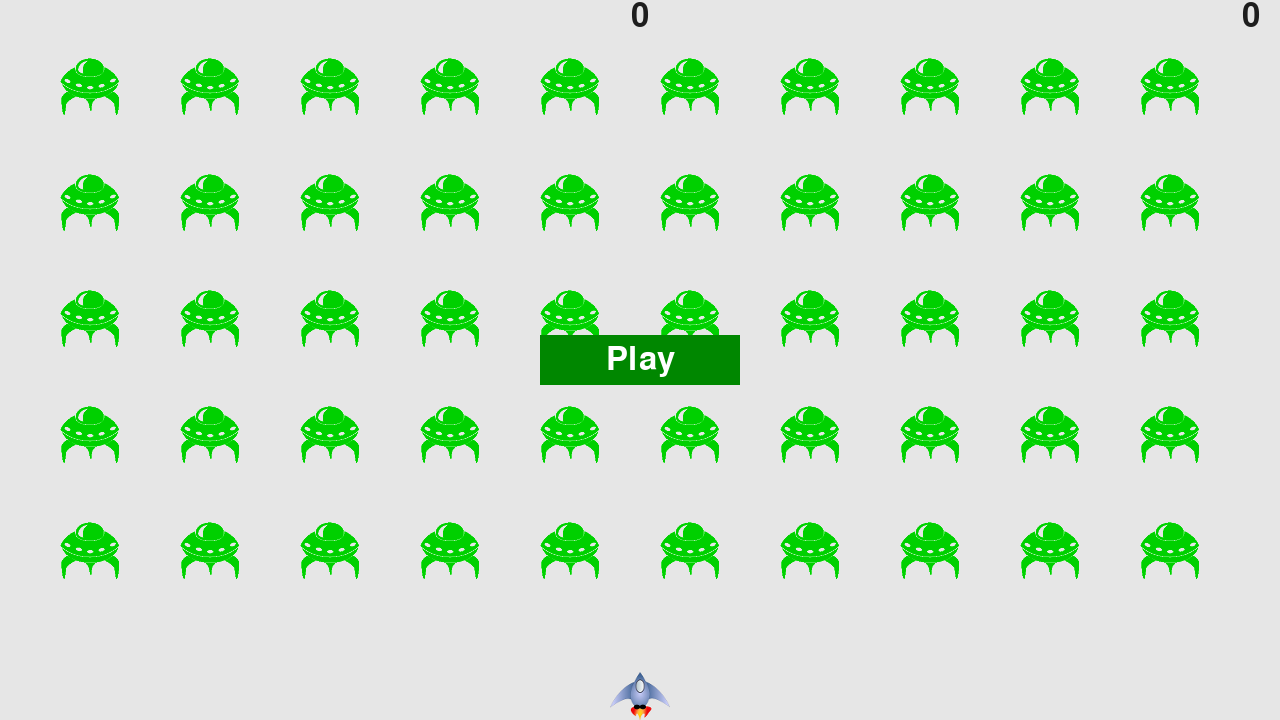
Repository: Lithium87/alien_invasion
Script's output: python alien_invasion.py
An editor plug-in stored every save of this project. The script's output is shown before and after the next save, followed by the edit.
The window is shown after at most 60 frames with no key pressed. Random numbers start from a fixed seed. It also reads images/alien.bmp, images/ship.bmp.

Above is the script's output before, as saved 2023-03-17 21:30:40.

### alien_invasion.py
from mimetypes import init
import sys
from time import sleep

import pygame

from settings import Settings
from game_stats import GameStats
from scoreboard import Scoreboard
from button import Button
from ship import Ship
from bullet import Bullet
from alien import Alien


class AlienInvasion:
    """Overall class to manage game assets and behavior."""

    def __init__(self):
        """Initialize the game, and create game resources."""
        pygame.init()
        self.clock = pygame.time.Clock()
        self.settings = Settings()

        self.screen = pygame.display.set_mode((0, 0), pygame.FULLSCREEN)
        self.settings.screen_width = self.screen.get_rect().width
        self.settings.screen_height = self.screen.get_rect().height
        pygame.display.set_caption("Alien Invasion")

        # Create an instance to store game statistics, and create a scoreboard.
        self.stats = GameStats(self)
        self.sb = Scoreboard(self)

        self.ship = Ship(self)
        self.bullets = pygame.sprite.Group()
        self.aliens = pygame.sprite.Group()

        self._create_fleet()

        # Start Alien Invasion in an inactive state.
        self.game_active = False

        # Make the play button.
        self.play_button = Button(self, "Play")

    def run_game(self):
        """Start the main loop for the game."""
        while True:
            self._check_events()

            if self.game_active:
                self.ship.update()
                self._update_bullets()
                self._update_aliens()

            self._update_screen()
            self.clock.tick(60)

    def _check_events(self):
        # Respond to keyboard and mouse events.
        for event in pygame.event.get():
            if event.type == pygame.QUIT:
                sys.exit()
            elif event.type == pygame.KEYDOWN:
                self._check_keydown_events(event)
            elif event.type == pygame.KEYUP:
                self._check_keyup_events(event)
            elif event.type == pygame.MOUSEBUTTONDOWN:
                mouse_pos = pygame.mouse.get_pos()
                self._check_play_button(mouse_pos)

    def _check_play_button(self, mouse_pos):
        """Start a new game when the player clicks Play"""
        button_clicked = self.play_button.rect.collidepoint(mouse_pos)
        if button_clicked and not self.game_active:
            # Reset the game settings.
            self.settings.initialize_dynamic_settings()
            # Reset the game statistics.
            self.stats.reset_stats()
            self.sb.prep_score()
            self.game_active = True

            # Get rid of any remaining bullets and aliens.
            self.bullets.empty()
            self.aliens.empty()

            # Create a new fleet and center the ship.
            self._create_fleet()
            self.ship.center_ship()

            # Hide the mouse cursor.
            pygame.mouse.set_visible(False)

    def _check_keydown_events(self, event):
        """Respond to keypresses."""
        if event.key == pygame.K_RIGHT:
            self.ship.moving_right = True
        elif event.key == pygame.K_LEFT:
            self.ship.moving_left = True
        elif event.key == pygame.K_q:
            sys.exit()
        elif event.key == pygame.K_SPACE:
            self._fire_bullet()

    def _check_keyup_events(self, event):
        """Respond to key keyreleases"""
        if event.key == pygame.K_RIGHT:
            self.ship.moving_right = False
        elif event.key == pygame.K_LEFT:
            self.ship.moving_left = False

    def _fire_bullet(self):
        """Create a new bullet and add it to the bullets group."""
        if len(self.bullets) < self.settings.bullets_allowed:
            new_bullet = Bullet(self)
            self.bullets.add(new_bullet)

    def _update_bullets(self):
        """Update position of bullets and get rid of old bullets"""
        # Update bullet positions.
        self.bullets.update()

        self._check_bullet_alien_collisions()

    def _check_bullet_alien_collisions(self):
        """Respond to bullet-alien colisions."""
        # Remove any bullets and alien that have collided.
        collisions = pygame.sprite.groupcollide(
            self.bullets, self.aliens, True, True)

        if collisions:
            for aliens in collisions.values():
                self.stats.score += self.settings.alien_points * len(aliens)
            self.sb.prep_score()
            self.sb.check_high_score()

        if not self.aliens:
            # Destroy the existing bullets and create new fleet.
            self.bullets.empty()
            self._create_fleet()
            self.settings.increase_speed()

    def _hit_ship(self):
        """Respond to the ship being hit by an alien."""
        if self.stats.ships_left > 0:
            # Decrement ships_left.
            self.stats.ships_left -= 1

            # Get rid of any remaining bullets an aliens.
            self.bullets.empty()
            self.aliens.empty()

            # Create a new fleet and center the ship.
            self._create_fleet()
            self.ship.center_ship()

            # Pause
            sleep(0.5)
        else:
            self.game_active = False
            pygame.mouse.set_visible(True)

    def _update_aliens(self):
        """Check if the fleet is at an edge, then update positions."""
        self._check_fleet_edges()
        self.aliens.update()

        # Look for alien-ship collisions.
        if pygame.sprite.spritecollideany(self.ship, self.aliens):
            self._hit_ship()

        # Look for aliens hitting the bottom of the screen.
        self._check_aliens_bottom()

        # Get rid of bullets that have disappeared.
        for bullet in self.bullets.copy():
            if bullet.rect.bottom <= 0:
                self.bullets.remove(bullet)

    def _check_aliens_bottom(self):
        """Check if any aliens have reached the bottom of the screen."""
        for alien in self.aliens.sprites():
            if alien.rect.bottom >= self.settings.screen_height:
                # Treat this the same as if the ship got hit.
                self._hit_ship()
                break

    def _create_fleet(self):
        """Create the fleet of aliens."""
        # Create an alien and keep adding aliens until there's no room left.
        # Spacing between aliens is one alien width and one alien height.
        alien = Alien(self)
        alien_width, alien_height = alien.rect.size

        current_x, current_y = alien_width, alien_height
        while current_y < (self.settings.screen_height - 3 * alien_height):
            while current_x < (self.settings.screen_width - 2 * alien_width):
                self._create_alien(current_x, current_y)
                current_x += 2 * alien_width

            # Finished a row; reset x, and increment y value.
            current_x = alien_width
            current_y += 2 * alien_height

    def _create_alien(self, x_position, y_position):
        """Create an alien and place it in a row."""
        new_alien = Alien(self)
        new_alien.x = x_position
        new_alien.rect.x = x_position
        new_alien.rect.y = y_position
        self.aliens.add(new_alien)

    def _check_fleet_edges(self):
        """Respond appropriately if any aliens have reached an edge."""
        for alien in self.aliens.sprites():
            if alien.check_edges():
                self._change_fleet_direction()
                break

    def _change_fleet_direction(self):
        """Drop the entire fleet and change the fleet's direction."""
        for alien in self.aliens.sprites():
            alien.rect.y += self.settings.fleet_drop_speed
        self.settings.fleet_direction *= -1

    def _update_screen(self):
        """Update images on the screen, and flip to the new screen."""
        self.screen.fill(self.settings.bg_color)
        for bullet in self.bullets.sprites():
            bullet.draw_bullet()
        self.ship.blitme()
        self.aliens.draw(self.screen)

        # Draw the score information.
        self.sb.show_score()

        # Draw the play button if the game is inactive.
        if not self.game_active:
            self.play_button.draw_button()

        pygame.display.flip()


if __name__ == '__main__':
    # Make a game instance and run the game.
    ai = AlienInvasion()
    ai.run_game()

### settings.py
class Settings:
    """A class to store all settings for Alien Invasion."""

    def __init__(self):
        """Initialize the game's static settings."""
        # Screen settings
        self.screen_width = 1200
        self.screen_height = 700
        self.bg_color = (230, 230, 230)

        # Ship settings
        self.ship_limit = 3

        # Bullet settings
        self.bullet_width = 3
        self.bullet_height = 15
        self.bullet_color = (60, 60, 60)
        self.bullets_allowed = 3

        # Alien settings
        self.fleet_drop_speed = 10

        # How quickly the game speeds up
        self.speedup_scale = 1.1
        # How quickly the alien point values increase.
        self.score_scale = 1.5

        self.initialize_dynamic_settings()

    def initialize_dynamic_settings(self):
        """Initialize settings that change throughout the game."""
        self.ship_speed = 1.5
        self.bullet_speed = 2.5
        self.alien_speed = 1.0

        # Fleet direction of 1 represents right; -1 represents left
        self.fleet_direction = 1

        # Scoreng aliens.
        self.alien_points = 50

    def increase_speed(self):
        """Increase speed settings and alien point values."""
        self.ship_speed *= self.speedup_scale
        self.bullet_speed *= self.speedup_scale
        self.alien_speed *= self.speedup_scale

        self.alien_points = int(self.alien_points * self.score_scale)

### game_stats.py
class GameStats:
    """Track statistics for alien invasion."""

    def __init__(self, ai_game):
        """Initialize statistics."""
        self.settings = ai_game.settings
        self.reset_stats()
        # High score should never be reset.
        self.high_score = 0

    def reset_stats(self):
        """Initialize statistics that can change during the game."""
        self.ships_left = self.settings.ship_limit
        self.score = 0
        self.level = 1

### scoreboard.py
import pygame.font


class Scoreboard:
    """A class to report scoring information."""

    def __init__(self, ai_game):
        """Initialize scorekeeping attributes."""
        self.screen = ai_game.screen
        self.screen_rect = self.screen.get_rect()
        self.settings = ai_game.settings
        self.stats = ai_game.stats

        # Font settings for scoring information.
        self.text_color = (30, 30, 30)
        self.font = pygame.font.SysFont(None, 48)

        # Preapare the initial score images.
        self.prep_score()
        self.prep_high_score()

    def prep_score(self):
        """Turn the score into a rendered image."""
        rounded_score = round(self.stats.score, -1)
        score_str = f"{rounded_score:,}"
        self.score_image = self.font.render(
            score_str, True, self.text_color, self.settings.bg_color)

        # Display the score at the top right of the screen.
        self.score_rect = self.score_image.get_rect()
        self.score_rect.right = self.screen_rect.right - 20
        self.screen_rect.top = 20

    def prep_high_score(self):
        """Turn the high score into a rendered image."""
        high_score = round(self.stats.high_score, -1)
        high_score_str = f"{high_score:,}"
        self.high_score_image = self.font.render(
            high_score_str, True, self.text_color, self.settings.bg_color)

        # Center the high score at the top of the screen.
        self.high_score_rect = self.high_score_image.get_rect()
        self.high_score_rect.centerx = self.screen_rect.centerx
        self.high_score_rect.top = self.score_rect.top

    def check_high_score(self):
        """Check to see if there's a new high score."""
        if self.stats.score > self.stats.high_score:
            self.stats.high_score = self.stats.score
            self.prep_high_score()

    def show_score(self):
        """Draw score to the screen."""
        self.screen.blit(self.score_image, self.score_rect)
        self.screen.blit(self.high_score_image, self.high_score_rect)

### button.py
import pygame.font


class Button:
    """A class to build buttons for the game."""

    def __init__(self, ai_game, msg):
        """Initialize button attributes."""
        self.screen = ai_game.screen
        self.screen_rect = self.screen.get_rect()

        # Set the dimensions and properties of the button.
        self.width, self.height = 200, 50
        self.button_color = (0, 135, 0)
        self.text_color = (255, 255, 255)
        self.font = pygame.font.SysFont(None, 48)

        # Build the button's rect object and center it.
        self.rect = pygame.Rect(0, 0, self.width, self.height)
        self.rect.center = self.screen_rect.center

        # The button message needs to be prepped only once.
        self._prep_msg(msg)

    def _prep_msg(self, msg):
        """Turn msg into a rendered image and center text on the button."""
        self.msg_image = self.font.render(
            msg, True, self.text_color, self.button_color)
        self.msg_image_rect = self.msg_image.get_rect()
        self.msg_image_rect.center = self.rect.center

    def draw_button(self):
        """Draw blank button and then draw message."""
        self.screen.fill(self.button_color, self.rect)
        self.screen.blit(self.msg_image, self.msg_image_rect)

### ship.py
import pygame


class Ship:
    """A class to manage the ship"""

    def __init__(self, ai_game):
        """Initialize the ship and set its starting position."""
        self.screen = ai_game.screen
        self.settings = ai_game.settings
        self.screen_rect = ai_game.screen.get_rect()

        # Load the ship image and get its rect.
        self.image = pygame.image.load('images/ship.bmp')
        self.rect = self.image.get_rect()

        # Start each new ship at the bottom center of the screen.
        self.rect.midbottom = self.screen_rect.midbottom

        # Store a float for the ship's exact horizontal position.
        self.x = float(self.rect.x)

        # Movement flag; start with the ship that's not moving.
        self.moving_right = False
        self.moving_left = False

    def center_ship(self):
        """Center the ship on the screen."""
        self.rect.midbottom = self.screen_rect.midbottom
        self.x = float(self.rect.x)

    def update(self):
        """Update the ship's position based on the movement flag."""
        # Update the ship's x value, not the rect.
        if self.moving_right and self.rect.right < self.screen_rect.right:
            self.x += self.settings.ship_speed
        if self.moving_left and self.rect.left > 0:
            self.x -= self.settings.ship_speed

        # Update rect object for self.x
        self.rect.x = self.x

    def blitme(self):
        """Draw the ship at its current location."""
        self.screen.blit(self.image, self.rect)

### bullet.py
import pygame
from pygame.sprite import Sprite


class Bullet(Sprite):
    """A class to manage bullets fired from the ship."""

    def __init__(self, ai_game):
        """Create a bullet object at the ship's current position."""
        super().__init__()
        self.screen = ai_game.screen
        self.settings = ai_game.settings
        self.color = self.settings.bullet_color

        # Create bullet rect at (0, 0) and then set correct position
        self.rect = pygame.Rect(
            0, 0, self.settings.bullet_width, self.settings.bullet_height)
        self.rect.midtop = ai_game.ship.rect.midtop

        # Store the bullet's position as a float
        self.y = float(self.rect.y)

    def update(self):
        """Move the bullet up the screen."""
        # Update the exact position of the bullet.
        self.y -= self.settings.bullet_speed
        # Update the rect position.
        self.rect.y = self.y

    def draw_bullet(self):
        """Draw the bullet to the screen."""
        pygame.draw.rect(self.screen, self.color, self.rect)

### alien.py
import pygame
from pygame.sprite import Sprite


class Alien(Sprite):
    """A class to represent a single alien in the fleet."""

    def __init__(self, ai_game):
        """Initialize the alien and set its starting position."""
        super().__init__()
        self.screen = ai_game.screen
        self.settings = ai_game.settings

        # Load the alien image and set its rect attribute.
        self.image = pygame.image.load('./images/alien.bmp')
        self.rect = self.image.get_rect()

        # Start each new alien near the top left of the screen.
        self.rect.x = self.rect.width
        self.rect.y = self.rect.height

        # Store the alien's exact horizontal position.
        self.x = float(self.rect.x)

    def check_edges(self):
        """Return True if alien is at edge of screen."""
        screen_rect = self.screen.get_rect()
        return (self.rect.right >= screen_rect.right) or (self.rect.left <= 0)

    def update(self):
        """Move the alien right or left."""
        self.x += self.settings.alien_speed * self.settings.fleet_direction
        self.rect.x = self.x

After the next save:
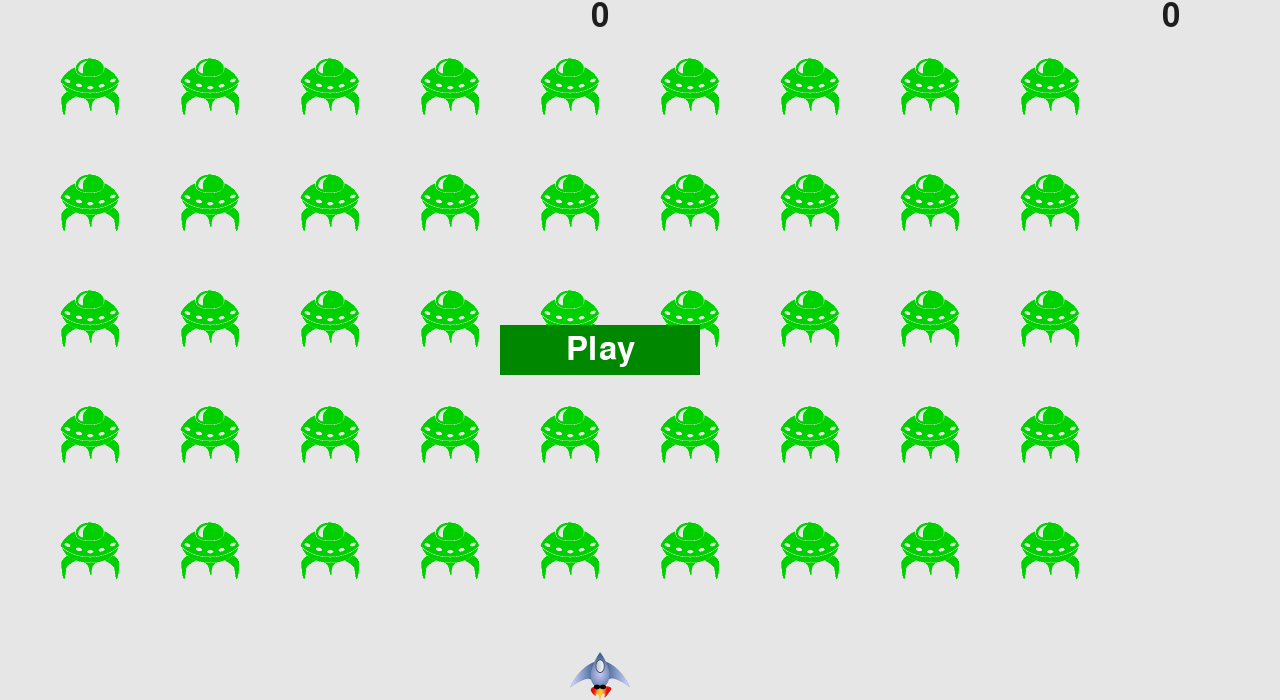
Saved 7 min 22 s later.
--- a/alien_invasion.py
+++ b/alien_invasion.py
@@ -1,4 +1,3 @@
-from mimetypes import init
 import sys
 from time import sleep
 
@@ -22,12 +21,12 @@
         self.clock = pygame.time.Clock()
         self.settings = Settings()
 
-        self.screen = pygame.display.set_mode((0, 0), pygame.FULLSCREEN)
-        self.settings.screen_width = self.screen.get_rect().width
-        self.settings.screen_height = self.screen.get_rect().height
+        self.screen = pygame.display.set_mode(
+            (self.settings.screen_width, self.settings.screen_height))
         pygame.display.set_caption("Alien Invasion")
 
-        # Create an instance to store game statistics, and create a scoreboard.
+        # Create an instance to store game statistics,
+        #   and create a scoreboard.
         self.stats = GameStats(self)
         self.sb = Scoreboard(self)
 
@@ -40,7 +39,7 @@
         # Start Alien Invasion in an inactive state.
         self.game_active = False
 
-        # Make the play button.
+        # Make the Play button.
         self.play_button = Button(self, "Play")
 
     def run_game(self):
@@ -57,7 +56,7 @@
             self.clock.tick(60)
 
     def _check_events(self):
-        # Respond to keyboard and mouse events.
+        """Respond to keypresses and mouse events."""
         for event in pygame.event.get():
             if event.type == pygame.QUIT:
                 sys.exit()
@@ -70,14 +69,17 @@
                 self._check_play_button(mouse_pos)
 
     def _check_play_button(self, mouse_pos):
-        """Start a new game when the player clicks Play"""
+        """Start a new game when the player clicks Play."""
         button_clicked = self.play_button.rect.collidepoint(mouse_pos)
         if button_clicked and not self.game_active:
             # Reset the game settings.
             self.settings.initialize_dynamic_settings()
+
             # Reset the game statistics.
             self.stats.reset_stats()
             self.sb.prep_score()
+            self.sb.prep_level()
+            self.sb.prep_ships()
             self.game_active = True
 
             # Get rid of any remaining bullets and aliens.
@@ -103,7 +105,7 @@
             self._fire_bullet()
 
     def _check_keyup_events(self, event):
-        """Respond to key keyreleases"""
+        """Respond to key releases."""
         if event.key == pygame.K_RIGHT:
             self.ship.moving_right = False
         elif event.key == pygame.K_LEFT:
@@ -116,15 +118,20 @@
             self.bullets.add(new_bullet)
 
     def _update_bullets(self):
-        """Update position of bullets and get rid of old bullets"""
+        """Update position of bullets and get rid of old bullets."""
         # Update bullet positions.
         self.bullets.update()
 
+        # Get rid of bullets that have disappeared.
+        for bullet in self.bullets.copy():
+            if bullet.rect.bottom <= 0:
+                self.bullets.remove(bullet)
+
         self._check_bullet_alien_collisions()
 
     def _check_bullet_alien_collisions(self):
-        """Respond to bullet-alien colisions."""
-        # Remove any bullets and alien that have collided.
+        """Respond to bullet-alien collisions."""
+        # Remove any bullets and aliens that have collided.
         collisions = pygame.sprite.groupcollide(
             self.bullets, self.aliens, True, True)
 
@@ -135,18 +142,23 @@
             self.sb.check_high_score()
 
         if not self.aliens:
-            # Destroy the existing bullets and create new fleet.
+            # Destroy existing bullets and create new fleet.
             self.bullets.empty()
             self._create_fleet()
             self.settings.increase_speed()
 
-    def _hit_ship(self):
+            # Increase level.
+            self.stats.level += 1
+            self.sb.prep_level()
+
+    def _ship_hit(self):
         """Respond to the ship being hit by an alien."""
         if self.stats.ships_left > 0:
-            # Decrement ships_left.
+            # Decrement ships_left, and update scoreboard.
             self.stats.ships_left -= 1
-
-            # Get rid of any remaining bullets an aliens.
+            self.sb.prep_ships()
+
+            # Get rid of any remaining bullets and aliens.
             self.bullets.empty()
             self.aliens.empty()
 
@@ -154,7 +166,7 @@
             self._create_fleet()
             self.ship.center_ship()
 
-            # Pause
+            # Pause.
             sleep(0.5)
         else:
             self.game_active = False
@@ -167,22 +179,17 @@
 
         # Look for alien-ship collisions.
         if pygame.sprite.spritecollideany(self.ship, self.aliens):
-            self._hit_ship()
+            self._ship_hit()
 
         # Look for aliens hitting the bottom of the screen.
         self._check_aliens_bottom()
-
-        # Get rid of bullets that have disappeared.
-        for bullet in self.bullets.copy():
-            if bullet.rect.bottom <= 0:
-                self.bullets.remove(bullet)
 
     def _check_aliens_bottom(self):
         """Check if any aliens have reached the bottom of the screen."""
         for alien in self.aliens.sprites():
             if alien.rect.bottom >= self.settings.screen_height:
                 # Treat this the same as if the ship got hit.
-                self._hit_ship()
+                self._ship_hit()
                 break
 
     def _create_fleet(self):
@@ -198,12 +205,12 @@
                 self._create_alien(current_x, current_y)
                 current_x += 2 * alien_width
 
-            # Finished a row; reset x, and increment y value.
+            # Finished a row; reset x value, and increment y value.
             current_x = alien_width
             current_y += 2 * alien_height
 
     def _create_alien(self, x_position, y_position):
-        """Create an alien and place it in a row."""
+        """Create an alien and place it in the fleet."""
         new_alien = Alien(self)
         new_alien.x = x_position
         new_alien.rect.x = x_position
@@ -242,6 +249,6 @@
 
 
 if __name__ == '__main__':
-    # Make a game instance and run the game.
+    # Make a game instance, and run the game.
     ai = AlienInvasion()
     ai.run_game()
